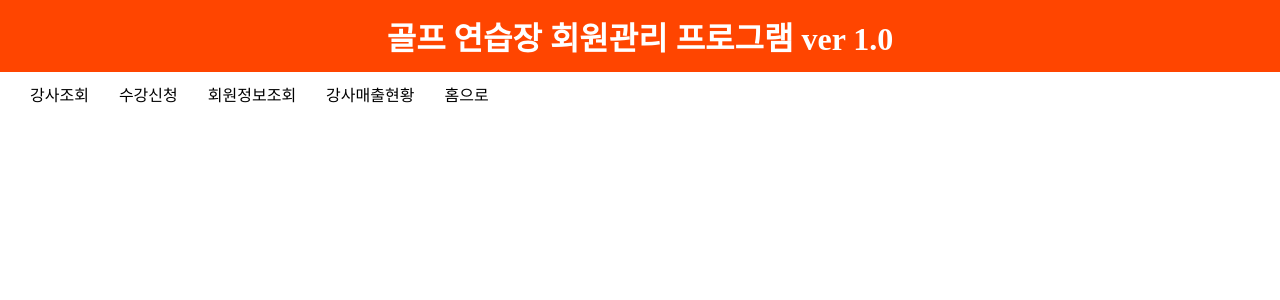
Repository: balhyo-younjisang/DigitechJSP
Page: http://localhost/golf/
An editor plug-in stored every save of this project. The page is shown before and after the next save, followed by the edit.
The browser window is 1280 px wide. The pictures show the whole page.
The page is served by Tomcat 9. Other server files are loaded and not shown.

Above is the page before, as saved 2025-04-11 03:50:24.

### pizza0403/golf/src/main/webapp/index.jsp
<%@ page language="java" contentType="text/html; charset=UTF-8"
    pageEncoding="UTF-8"%>
<!DOCTYPE html>
<html>
<head>
<meta charset="UTF-8">
<title>골프 연습장 회원관리 프로그램 ver 1.0</title>
<link rel="stylesheet" href="./css/style.css">
</head>
<body>
	<%@ include file="./component/header.jsp" %>
</body>
</html>

### pizza0403/golf/src/main/webapp/component/header.jsp
<%@ page language="java" contentType="text/html; charset=UTF-8"
	pageEncoding="UTF-8"%>
<header>
	<div>
		<h1>골프 연습장 회원관리 프로그램 ver 1.0</h1>
	</div>
	<nav>
		<ul class="gnb">
			<li><a href="teacher.jsp">강사조회</a></li>
			<li><a href="register.jsp">수강신청</a></li>
			<li><a href="select.jsp">회원정보조회</a></li>
			<li><a href="cost.jsp">강사매출현황</a></li>
			<li><a href="index.jsp">홈으로</a></li>
		</ul>
	</nav>
</header>

### pizza0403/golf/src/main/webapp/css/style.css
@charset "UTF-8";

* {
	margin: 0;
	padding: 0;
	box-sizing: border-box;
}

a {
	text-decoration: none;
	color: inherit;
}

ul, li {
	list-style: none;
}

header {
	width: 100vw;
	height: 16vh;
}

header div {
	display: flex;
	align-items: center;
	justify-content: center;
	height: 10vh;
	background-color: orangered;
	color: white;
}

nav .gnb {
	display: flex;
	align-items: center;
	gap: 30px;
	padding-left: 30px;
	height: 6vh;
}

After the next save:
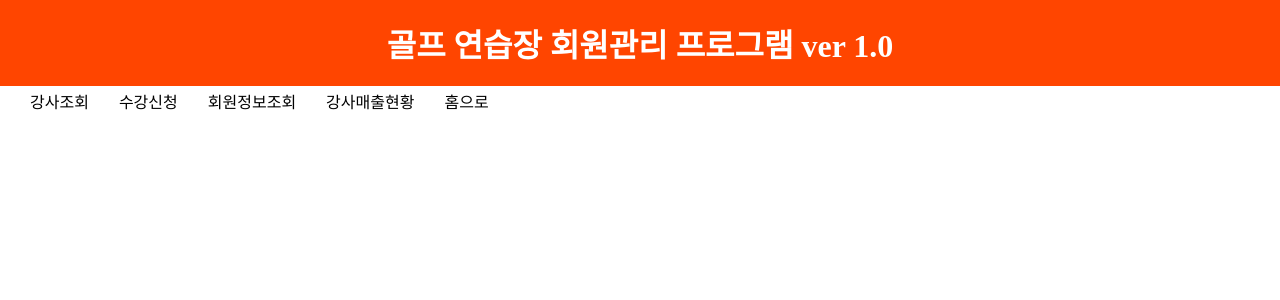
Saved 12 s later.
--- a/pizza0403/golf/src/main/webapp/css/style.css
+++ b/pizza0403/golf/src/main/webapp/css/style.css
@@ -24,7 +24,7 @@ header div {
 	display: flex;
 	align-items: center;
 	justify-content: center;
-	height: 10vh;
+	height: 12vh;
 	background-color: orangered;
 	color: white;
 }
@@ -34,5 +34,5 @@ nav .gnb {
 	align-items: center;
 	gap: 30px;
 	padding-left: 30px;
-	height: 6vh;
+	height: 4vh;
 }
